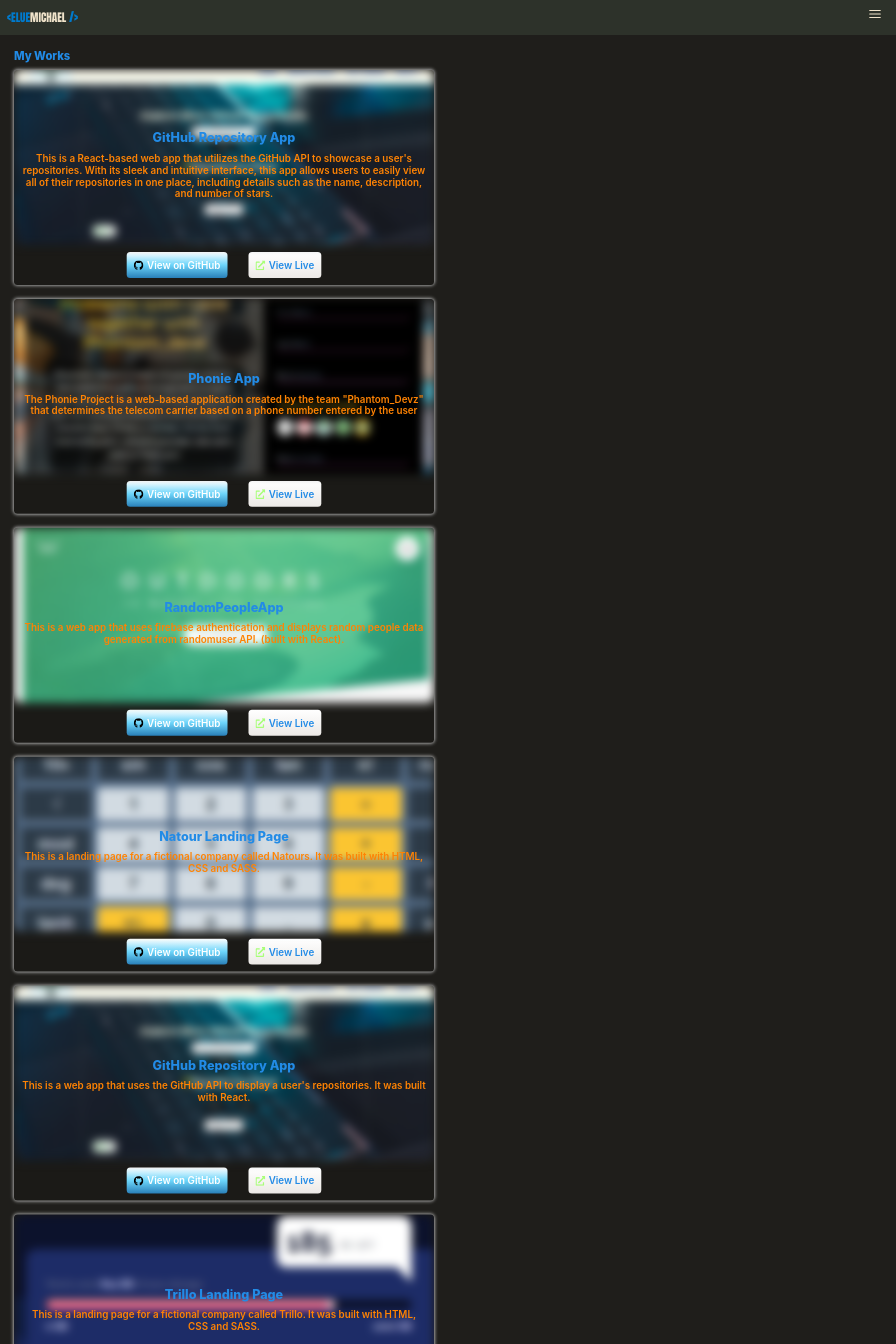
Repository: MikkyPrestige/portfolio
Page: /projects
These files come from the project's save history. The page is drawn as it stood at one moment and after the next save; the edit follows.
The browser window is 1280 px wide. The pictures show the part of the page from y = 0 to 1920 px (the page is 4351 px tall), at 70% of full size.
The project was rebuilt for these pictures with package versions that can differ from the ones it lists, and the page was loaded fresh each time. Also part of the build but not shown: src/components/avatar.jsx, src/components/home.jsx, src/components/about.jsx, src/components/fallback.jsx.

Above is the page before, as saved 2023-02-21 19:44:09.

### public/index.html
<!DOCTYPE html>
<html lang="en">
  <head>
    <meta charset="utf-8" />
    <link rel="icon" href="%PUBLIC_URL%/favicon.ico" />
    <meta name="viewport" content="width=device-width, initial-scale=1" />
    <meta name="theme-color" content="#000000" />
    <meta
      name="description"
      content="Web site created using create-react-app"
    />
    <link rel="apple-touch-icon" href="%PUBLIC_URL%/logo192.png" />
    <!--
      manifest.json provides metadata used when your web app is installed on a
      user's mobile device or desktop. See https://developers.google.com/web/fundamentals/web-app-manifest/
    -->
    <link rel="manifest" href="%PUBLIC_URL%/manifest.json" />
    <!--
      Notice the use of %PUBLIC_URL% in the tags above.
      It will be replaced with the URL of the `public` folder during the build.
      Only files inside the `public` folder can be referenced from the HTML.

      Unlike "/favicon.ico" or "favicon.ico", "%PUBLIC_URL%/favicon.ico" will
      work correctly both with client-side routing and a non-root public URL.
      Learn how to configure a non-root public URL by running `npm run build`.
    -->
    <title>Elue Michael Portfolio</title>
  </head>
  <body>
    <noscript>You need to enable JavaScript to run this app.</noscript>
    <div id="root"></div>
    <!--
      This HTML file is a template.
      If you open it directly in the browser, you will see an empty page.

      You can add webfonts, meta tags, or analytics to this file.
      The build step will place the bundled scripts into the <body> tag.

      To begin the development, run `npm start` or `yarn start`.
      To create a production bundle, use `npm run build` or `yarn build`.
    -->
  </body>
</html>

### src/assets/styles/sass/main.scss
@import 'abstracts/variables';
@import 'base/utilities';
@import 'base/base';
@import 'layouts/header';
@import 'pages/home';
@import 'pages/about';
@import 'pages/projects';
@import 'base/animation';

// @media (prefers-reduced-motion: no-preference) {
//   .App-logo {
//     animation: App-logo-spin infinite 20s linear;
//   }
// }

// @keyframes App-logo-spin {
//   from {
//     transform: rotate(0deg);
//   }
//   to {
//     transform: rotate(360deg);
//   }
// }

### src/components/layout.jsx
import React from "react";
import { MdClose } from "react-icons/md";
import { FiMenu } from "react-icons/fi";
import { useState } from "react";
import { NavLink } from "react-router-dom";

const Layout = () => {
  return (
    <div>
      <LayoutSmall />
      <LayoutLarge />
    </div>
  );
};

const CustomNavLink = ({ to, ...props }) => {
  let activeStyle = {
    color: "var(--color--green)",
    textDecoration: "underline",
  };

  return (
    <NavLink
      to={to}
      style={({ isActive }) =>
        isActive ? activeStyle : { textDecoration: "none" }
      }
      {...props}
    />
  );
};

const LayoutSmall = () => {
  const [showMenu, setShowMenu] = useState(false);

  const toggleMenu = () => {
    setShowMenu(!showMenu);
  };

  const closeMenu = () => {
    setShowMenu(false);
  };

  return (
    <div className="layout layout--small">
      <header className="layout--header">
        <div className="layout--header__title">
          <h1 className="layout--header__title__content">
            <span className="layout--header__title__content__span">{"<"}</span>
            <span className="layout--header__title__content__span--2">
              ELUE
            </span>
            MICHAEL{" "}
            <span className="layout--header__title__content__span">{"/>"}</span>
          </h1>
        </div>
        <nav className="layout--menu">
          <button className="layout--menu__button" onClick={toggleMenu}>
            {showMenu ? <MdClose /> : <FiMenu />}
          </button>
          <div className={`layout--menu__content ${showMenu ? "show" : ""}`}>
            <ul className="layout--menu__content__list">
              <li>
                <CustomNavLink
                  to="/"
                  onClick={closeMenu}
                  className="layout--menu__content__list__item"
                >
                  <span>#</span>Home
                </CustomNavLink>
              </li>
              <li>
                <CustomNavLink
                  to="/about"
                  onClick={closeMenu}
                  className="layout--menu__content__list__item"
                >
                  <span>#</span>About me
                </CustomNavLink>
              </li>
              <li>
                <CustomNavLink
                  to="/projects"
                  onClick={closeMenu}
                  className="layout--menu__content__list__item"
                >
                  <span>#</span>Projects
                </CustomNavLink>
              </li>
              <li>
                <CustomNavLink
                  to="/contact"
                  onClick={closeMenu}
                  className="layout--menu__content__list__item"
                >
                  <span>#</span>Contact
                </CustomNavLink>
              </li>
            </ul>
          </div>
        </nav>
      </header>
    </div>
  );
};

const LayoutLarge = () => {
  return (
    <div className="layout layout--large">
      <header className="layout--header">
        <div className="layout--title">
          <h1 className="layout--title__content">
            <span className="layout--title__content__span">{"<"}</span>
            <span className="layout--header__title__content__span--2">
              ELUE
            </span>
            MICHAEL<span className="layout--title__content__span">{"/>"}</span>
          </h1>
        </div>
        <div className="layout--menu">
          <ul className="layout--menu__list">
            <li className="layout--menu__list__item">
              <CustomNavLink to="/">Home</CustomNavLink>
            </li>
            <li className="layout--menu__list__item">
              <CustomNavLink to="/about">About me</CustomNavLink>
            </li>
            <li className="layout--menu__list__item">
              <CustomNavLink to="/projects">Projects</CustomNavLink>
            </li>
            <li className="layout--menu__list__item">
              <CustomNavLink to="/contact">Contact</CustomNavLink>
            </li>
          </ul>
        </div>
      </header>
    </div>
  );
};

export { Layout, LayoutSmall, LayoutLarge };

### src/assets/styles/sass/abstracts/_variables.scss
:root {
  --color-primary: #cc4600;
  --color-secondary: #bb45cb;
  --color-tertiary: #eefff8;

  // MARK UP
  --color--markup: #FF8303;
  // TEXT
  --color--text: #F0E3CA;

  // BACKGROUND
  --color--bg: #2D322A;
  --color--bg-light: #242320;
  --color--bg-dark: #1B1A17;
  --color--bg-dark-2: #1F1E1B;
  //DARK
  --color--dark: rgba(22, 22, 22, 1);
  --color--dark-1: rgba(34, 34, 34, 1);
  --color--dark-2: rgba(45, 45, 45, 1);
  --color--dark-3: rgba(51, 51, 51, 1);
  --color--dark-4: rgba(189, 189, 189, 1);
  //WHITE
  --color--white: rgba(255, 255, 255, 1);
  --color--white-1: rgba(240, 227, 202, 1);
  --color--white-2: #ece9e6;
  --color--white-op: rgba(240, 227, 202, 0.76);

  // GRAY
  --color--gray: #ABB2BF;

  --light-blue: rgba(97, 218, 251, 1);
  --light-blue--1: #3bc9db;
  --light-blue--2: #6dd5fa;
  --dark-blue: rgba(0, 122, 204, 1);
  --dark-blue--1: #2980b9;
  --blue-cyan: #228be6;
  --dark-blue-op: rgba(6, 6, 7, 0.82);

  --color--green: rgba(131, 205, 41, 1);

  //Font size
  --font-size: 1rem;
  --font-size--small: 1.2rem;
  --font-size--medium: 1.4rem;
  --font-size--large: 1.6rem;
  --font-size--x-large: 1.8rem;
  --font-size--xx-large: 2rem;
  // ICON FONTS
  --font-size--icon: 3rem;
  --font-size--icon-1: 3.5rem;
  --font-size--icon-2: 4rem;


  //Font family
  --font-family: 'Roboto', sans-serif;
  --font--family--primary: 'Inter', sans-serif;
  --font-family--secondary: 'Inconsolata', monospace;
  --font-family--tertiary: 'Impact', sans-serif;
  --font-family--2: 'Fira Code', monospace;

  // FONT WEIGHT
  --font-weight--light: 300;
  --font-weight--regular: 400;
  --font-weight--medium: 600;
  --font-weight--bold: 800;
  --font-weight--boldest: 900;
}

### src/assets/styles/sass/base/_utilities.scss
.github-link-bg {
  background: linear-gradient(to top, var(--dark-blue--1), var(--light-blue--2), var(--color--white));
}

.live-link-bg {
  background: linear-gradient(to top, var(--color--white-2), var(--color--white));
}

.blue-markup {
  color: var(--blue-cyan) !important;
}

### src/assets/styles/sass/base/_base.scss
*,
*::after,
*::before {
  margin: 0;
  padding: 0;
  box-sizing: border-box;
}

html {
  font-size: 62.5%;
  font-family: var(--font-family);
  color: var(--color-white);
  background-color: var(--color--bg);
}

::selection {
  background-color: var(--color-primary);
  color: var(--color-white);
}

### src/assets/styles/sass/layouts/_header.scss
.layout {
  width: 100%;
  height: 5rem;

  &--header {
    display: flex;
    justify-content: space-between;
    align-items: center;
    padding: 1rem;

    &__title {
      text-align: center;

      &__content {
        color: var(--color--text);
        font-family: var(--font-family--tertiary);
        font-size: var(--font-size--large);
        font-weight: var(--font-weight--regular);
        position: absolute;
        z-index: 1000;

        &__span {
          color: var(--dark-blue);
          font-size: var(--font-size--x-large);

          &--2 {
            color: var(--dark-blue);
          }
        }
      }
    }
  }

  &--menu {
    position: relative;

    &__button {
      position: fixed;
      top: 1rem;
      right: 2rem;
      z-index: 10;
      background-color: var(--color--bg);
      color: var(--color--text);
      border: none;
      font-size: var(--font-size--xx-large);
      font-weight: var(--font-weight--bold);
      cursor: pointer;
    }

    &__content {
      position: fixed;
      top: 0;
      right: 0;
      width: 0;
      max-width: 100%;
      height: 85%;
      background-color: var(--color--bg-dark);
      z-index: 5;
      overflow: hidden;

      &.show {
        width: 100%;
        transition: all 1s ease-in-out;
        -webkit-transition: all 1s ease-in-out;
        -moz-transition: all 1s ease-in-out;
        -ms-transition: all 1s ease-in-out;
        -o-transition: all 1s ease-in-out;
      }

      &__list {
        list-style: none;
        display: flex;
        flex-direction: column;
        justify-content: center;
        align-items: center;
        gap: 5rem;
        padding: 0;
        margin-top: 8rem;

        &__item {
          color: var(--dark-blue);
          font-family: var(--font-family--secondary);
          font-size: var(--font-size--large);
          font-weight: var(--font-weight--bold);
          font-style: normal;
          text-transform: capitalize;
          cursor: pointer;
          transition: all 1s ease-in-out;
          -webkit-transition: all 1s ease-in-out;
          -moz-transition: all 1s ease-in-out;
          -ms-transition: all 1s ease-in-out;
          -o-transition: all 1s ease-in-out;

          &:hover,
          &:active {
            color: var(--color--text);
          }

          span {
            color: var(--color--white-1);
          }
        }
      }
    }
  }


  &--large {
    display: none;
  }
}

### src/assets/styles/sass/pages/home.scss
.home {
  width: 100%;
  height: 100vh;
  background: radial-gradient(100% 100% at 50% 100%, var(--color--bg-dark-2) 21.52%, var(--color--bg-dark) 100%);

  &--contents {
    display: flex;
    flex-direction: column;
    justify-content: center;
    align-items: center;
    padding: 3rem 5rem;
    gap: 3rem;
  }

  &--content {
    display: flex;
    flex-direction: column;
    align-items: flex-start;
    padding: 0;
    gap: .5rem;

    &__title {
      font-family: var(--font-family--secondary);
      font-size: var(--font-size--x-large);
      font-weight: var(--font-weight--boldest);
      color: var(--dark-blue);
    }

    &__subtitle {
      font-family: var(--font-family--secondary);
      font-size: var(--font-size--large);
      font-weight: var(--font-weight--bold);
      color: var(--color--text);
    }

    &__desc {
      font-family: var(--font-family--secondary);
      font-size: var(--font-size--small);
      font-weight: var(--font-weight--regular);
      color: var(--color--white-1);
    }
  }

  &--avatar {
    border-radius: 5%;
    -webkit-border-radius: 5%;
    -moz-border-radius: 5%;
    -ms-border-radius: 5%;
    -o-border-radius: 5%;
    background-image: radial-gradient(circle, var(--blue-cyan) 5%, var(--light-blue--1) 95%);
  }
}

### src/assets/styles/sass/pages/_about.scss
.about {
  width: 100%;
  height: 100%;
  background-color: var(--color--bg-dark-2);
  color: var(--color--gray);

  &--wrapper {
    display: flex;
    flex-direction: column;
    justify-content: center;
    align-items: center;
    gap: 1rem;
  }

  &--desc {
    padding: 5rem;
    display: flex;
    flex-direction: column;
    justify-content: center;
    align-items: center;
    gap: 5rem;
  }

  &--img {
    position: relative;

    &__content1 {
      width: 3rem;
      height: 3rem;
      position: absolute;
      top: 0;
      left: 0;
      background: var(--dark-blue);
      transform: rotate(51.88deg);
    }

    &__content2 {
      width: 3rem;
      height: 3rem;
      position: absolute;
      top: 0;
      left: 0;
      background: var(--color--white-op);
    }
  }

  &--content {
    display: flex;
    flex-direction: column;
    justify-content: center;
    align-items: flex-start;
    gap: 2rem;
    font-family: var(--font-family--2);

    &__title {
      line-height: 2;

      &__head {
        font-size: var(--font-size--x-large);
        font-weight: var(--font-weight--medium);
      }

      &__span {
        color: var(--dark-blue);
      }

      &__subhead {
        font-size: var(--font-size--medium);
        font-weight: var(--font-weight--regular);
      }
    }

    &__text {
      padding-left: 3rem;
      line-height: 1.5;
      color: var(--color--text);

      &__head {
        font-size: var(--font-size--large);
        font-weight: var(--font-weight--regular);

        &__name {
          color: var(--blue-cyan);
          font-weight: var(--font-weight--medium);
        }
      }

      &__desc {
        font-size: var(--font-size--small);
        font-weight: var(--font-weight--regular);
      }
    }
  }

  &--skills {
    display: flex;
    flex-direction: column;
    justify-content: center;
    align-items: center;
    gap: 2rem;

    &__title__head {
      font-size: var(--font__title -size--x-large);
      font-weight: var(--font-weight--medium);
      color: var(--dark-blue);
      text-transform: capitalize;
    }

    &__icon {
      font-size: var(--font-size--medium);
      color: var(--color--white-1);
    }

    &__content {
      display: flex;
      flex-direction: column;
      align-items: flex-start;
      gap: 2rem;
      padding: 0;
      width: 100%;

      &__items {
        display: grid;
        grid-template-columns: repeat(2, 1fr);
        gap: 2rem 5rem;
        width: 100%;
        padding: 1rem 3rem;
        border-radius: 1rem;
        background-color: var(--color--bg-dark);

        &__card {
          display: flex;
          flex-direction: column;
          justify-content: center;
          align-items: center;
          padding: 1rem;
          width: 10rem;
          border-radius: 1rem;
          -webkit-border-radius: 1rem;
          -moz-border-radius: 1rem;
          -ms-border-radius: 1rem;
          -o-border-radius: 1rem;

          &__icon {
            font-size: var(--font-size--icon-2);
          }

          &__text {
            font-family: var(--font-family--secondary);
            font-size: var(--font-size--medium);
            font-weight: var(--font-weight--medium);
            color: var(--color--white-1);
          }
        }
      }
    }
  }
}

### src/assets/styles/sass/pages/_projects.scss
.project {
  padding: 2rem;
  background-color: var(--color--bg-dark-2);

  &--title {
    font-family: var(--font--family--secondary);
    font-size: var(--font-size--large);
    font-weight: var(--font-weight--bold);
    color: var(--blue-cyan);
    margin-bottom: 1rem;
  }

  &--wrapper {
    display: grid;
    grid-template-columns: repeat(1, 1fr);
    gap: 2rem;
    width: 100%;
  }

  &--card {
    background-color: var(--color--bg-dark);
    // margin: auto;
    padding: 1rem;
    border-radius: 0.5rem;
    box-shadow: 0 0 0.5rem 0.1rem var(--color--dark-4);
    transition: all 0.3s ease-in-out;
    position: relative;
    display: flex;
    flex-direction: column;
    justify-content: center;
    align-items: center;
    // height: 100%;
    max-width: 60rem;
    overflow-y: hidden;

    &:hover {
      transform: translateY(-0.5rem);
      box-shadow: 0 0 0.5rem 0.1rem var(--color--dark-4);
    }

    &__blur {
      position: absolute;
      top: 0;
      left: 0;
      width: 100%;
      height: 25rem;
      border-radius: 1rem;
      background-size: cover;
      background-position: center;
      background-repeat: no-repeat;
      filter: blur(0.7rem);

      &-1 {
        background-image: url(../../../images/repoApp.jpeg);
      }

      &-2 {
        background-image: url(../../../images/phonieApp.jpeg);
      }

      &-3 {
        background-image: url(../../../images/natours.jpeg);
      }

      &-4 {
        background-image: url(../../../images/calculator.jpeg);
      }

      &-5 {
        background-image: url(../../../images/repoApp.jpeg);
      }

      &-6 {
        background-image: url(../../../images/fylo.jpeg);
      }

      &-7 {
        background-image: url(../../../images/orderCard.jpeg);
      }

      &-8 {
        background-image: url(../../../images/phonyApp.jpeg);
      }

      &-9 {
        background-image: url(../../../images/ratingApp.jpeg);
      }

      &-10 {
        background-image: url(../../../images/chatAppCss.jpeg);
      }

      &-11 {
        background-image: url(../../../images/trillo.jpeg);
      }

      &-12 {
        background-image: url(../../../images/statsCard.jpeg);
      }

      &-13 {
        background-image: url(../../../images/phonyApp.jpeg);
      }

      &-14 {
        background-image: url(../../../images/shoebrand.jpeg);
      }
    }

    &__content {
      height: 25rem;
      width: 100%;
      display: flex;
      flex-direction: column;
      justify-content: center;
      align-items: center;
      gap: 1rem;
      position: relative;
      top: 0;
      left: 0;

      &__title {
        font-family: var(--font--family--tertiary);
        font-size: var(--font-size--x-large);
        font-weight: var(--font-weight--bold);
        color: var(--blue-cyan);
      }

      &__desc {
        font-family: var(--font--family--secondary);
        font-size: var(--font-size--medium);
        font-weight: var(--font-weight--medium);
        color: var(--color--markup);
        text-align: center;
      }
    }

    &__links {
      display: flex;
      align-items: center;
      gap: 3rem;

      &__link {
        text-decoration: none;
        padding: 1rem;
        border-radius: 0.5rem;
        font-family: var(--font--family--secondary);
        font-size: var(--font-size--medium);
        font-weight: var(--font-weight--medium);
        color: var(--color--white);
        transition: all 0.3s ease-in-out;
        display: inline-flex;
        align-items: center;
        gap: .5rem;

        &:hover,
        &:focus {
          outline: none;
          animation: Heartbeat 1s infinite;
          -webkit-animation: Heartbeat 1s infinite;
}
      }
    }
  }
}

### src/assets/styles/sass/base/_animation.scss
//  INFINITE HEARTBEAT PAUSE ANIMATION

@keyframes Heartbeat {
  0% {
    transform: scale(1);
    -webkit-transform: scale(1);
    -moz-transform: scale(1);
    -ms-transform: scale(1);
    -o-transform: scale(1);
  }

  50% {
    transform: scale(1.05);
    -webkit-transform: scale(1.05);
    -moz-transform: scale(1.05);
    -ms-transform: scale(1.05);
    -o-transform: scale(1.05);
  }

  100% {
    transform: scale(1);
    -webkit-transform: scale(1);
    -moz-transform: scale(1);
    -ms-transform: scale(1);
    -o-transform: scale(1);
  }
}

Loaded but not shown: src/index.css (common file); src/reportWebVitals.js (common file); src/index.js (21 lines, source omitted); src/App.js (22 lines, source omitted); src/components/projects.jsx (437 lines, source omitted)

After the next save:
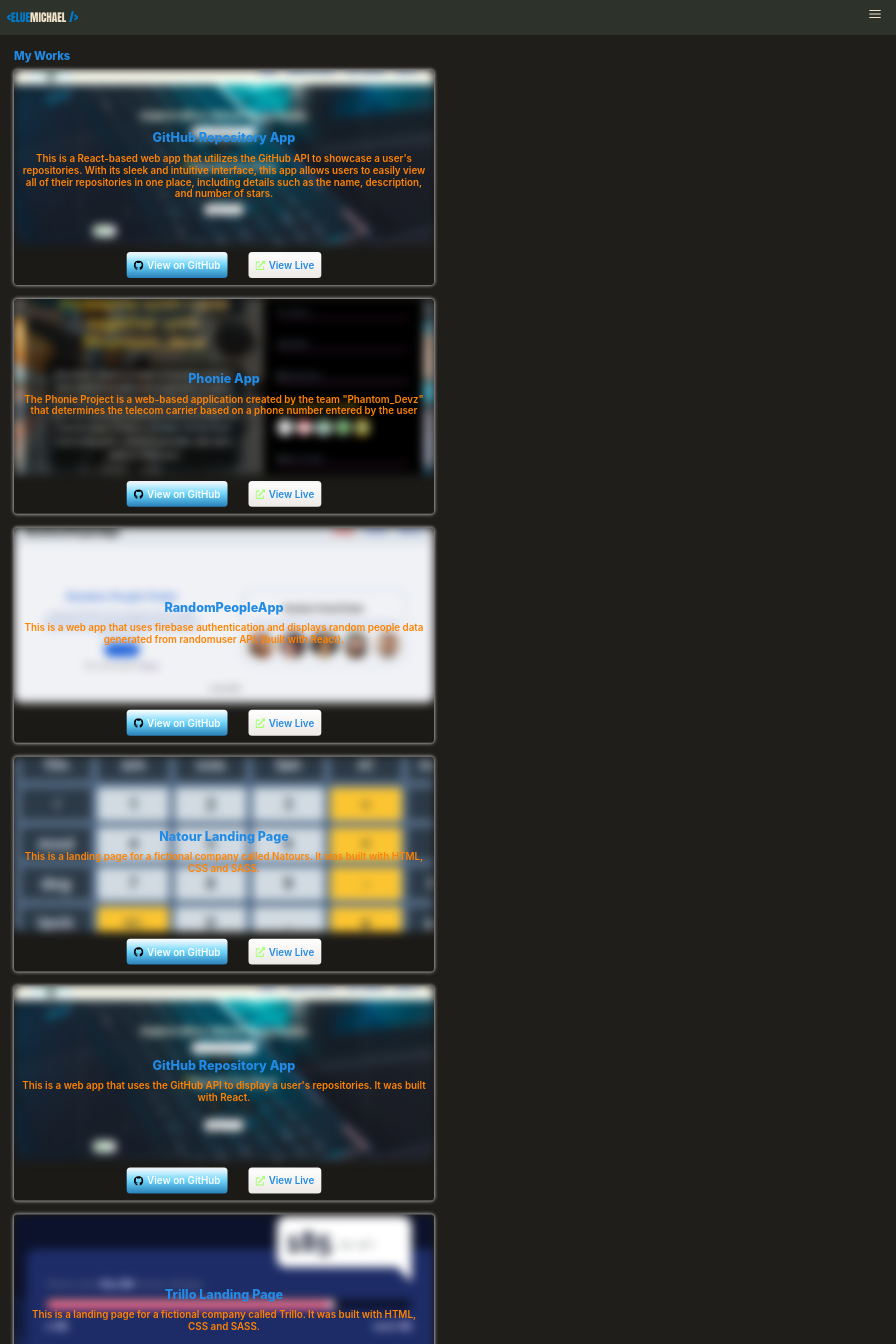
Saved 34 s later.
--- a/src/assets/styles/sass/pages/_projects.scss
+++ b/src/assets/styles/sass/pages/_projects.scss
@@ -59,7 +59,7 @@
       }
 
       &-3 {
-        background-image: url(../../../images/natours.jpeg);
+        background-image: url(../../../images/randomApp.jpeg);
       }
 
       &-4 {
